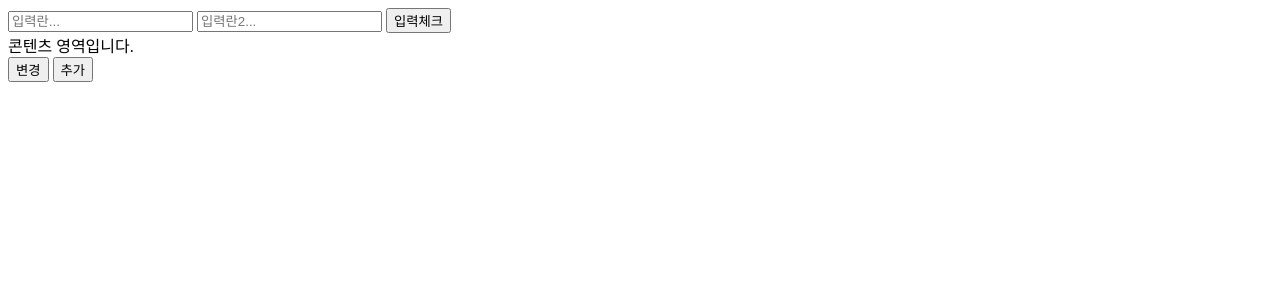
Repository: mjh1583/Hustar03_eGov
Page: http://localhost/JavaScript/js005.jsp
These files come from the project's save history. The page is drawn as it stood at one moment and after the next save; the edit follows.
The browser window is 1280 px wide. The pictures show the whole page.
The page is served by Tomcat 9.

Above is the page before, as saved 2021-05-06 06:45:43.

### workspace/JavaScript/src/main/webapp/js005.jsp
<%@ page language="java" contentType="text/html; charset=UTF-8"
    pageEncoding="UTF-8"%>
<!DOCTYPE html>
<html>
<head>
	<meta charset="UTF-8">
	<title>이벤트 - JQuery</title>
</head>
<body>
	<div>
		<input type="text" id="txt" class="cls_txt" name="txt" placeholder="입력란..."/>
		<input type="text" id="txt2" class="cls_txt" name="txt2" placeholder="입력란2..."/>
		<input type="button" value="입력체크" onclick="fn_check();"/>
	</div>

	<div>
		<div id="contentsArea">
			콘텐츠 영역입니다.
		</div>
		<input type="button" value="변경" onclick="fn_change();"/>
		<input type="button" value="추가" onclick="fn_add();"/>
	</div>

	<script src="https://code.jquery.com/jquery-3.6.0.js" ></script>
	<script type="text/javascript">
		function fn_check() {
			//$('#txt').val("testtest!!!");
			//$('.cls_txt').val("클래스 테스트 입니다.");
			//$('input').val("태그네임 selector");
			//$('input[name="txt"]').val("txt입니다.");

			//alert($('#txt').attr('type'));
			$('#txt').attr('type', 'button');
			$('#txt').val('입력체크2');
			$('#txt').attr('onclick', 'fn_check2();');

			$('#txt2').attr('onclick', 'fn_check2();');
		}

		function fn_check2() {
			alert('버튼으로 변경되었습니다.');
		}

		function fn_change() {
			$('#contentsArea').html('<a href="https://naver.com">' + $('#contentsArea').html() + '네이버</a>');
		}

		function fn_add() {
			$('#contentsArea').append("추가된 내용입니다.");
		}
	</script>
</body>
</html>

After the next save:
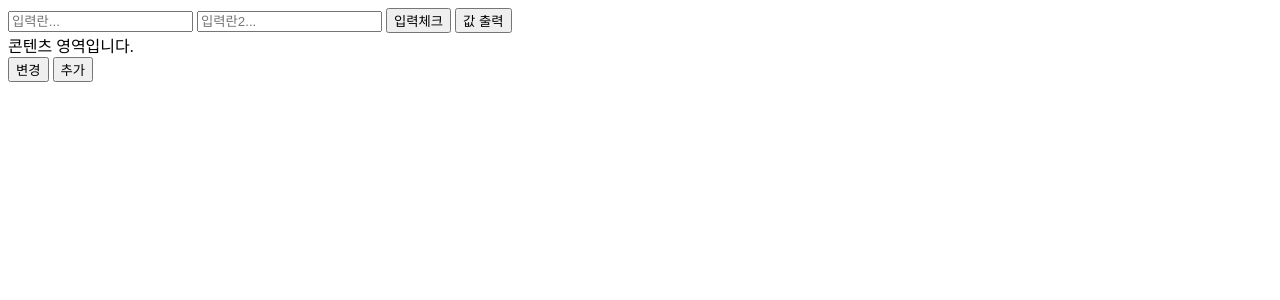
Saved 2 min 27 s later.
--- a/workspace/JavaScript/src/main/webapp/js005.jsp
+++ b/workspace/JavaScript/src/main/webapp/js005.jsp
@@ -11,6 +11,7 @@
 		<input type="text" id="txt" class="cls_txt" name="txt" placeholder="입력란..."/>
 		<input type="text" id="txt2" class="cls_txt" name="txt2" placeholder="입력란2..."/>
 		<input type="button" value="입력체크" onclick="fn_check();"/>
+		<input type="button" value="값 출력" onclick="fn_print();"/>
 	</div>
 
 	<div>
@@ -48,6 +49,10 @@
 		function fn_add() {
 			$('#contentsArea').append("추가된 내용입니다.");
 		}
+
+		function fn_print() {
+
+		}
 	</script>
 </body>
 </html>
